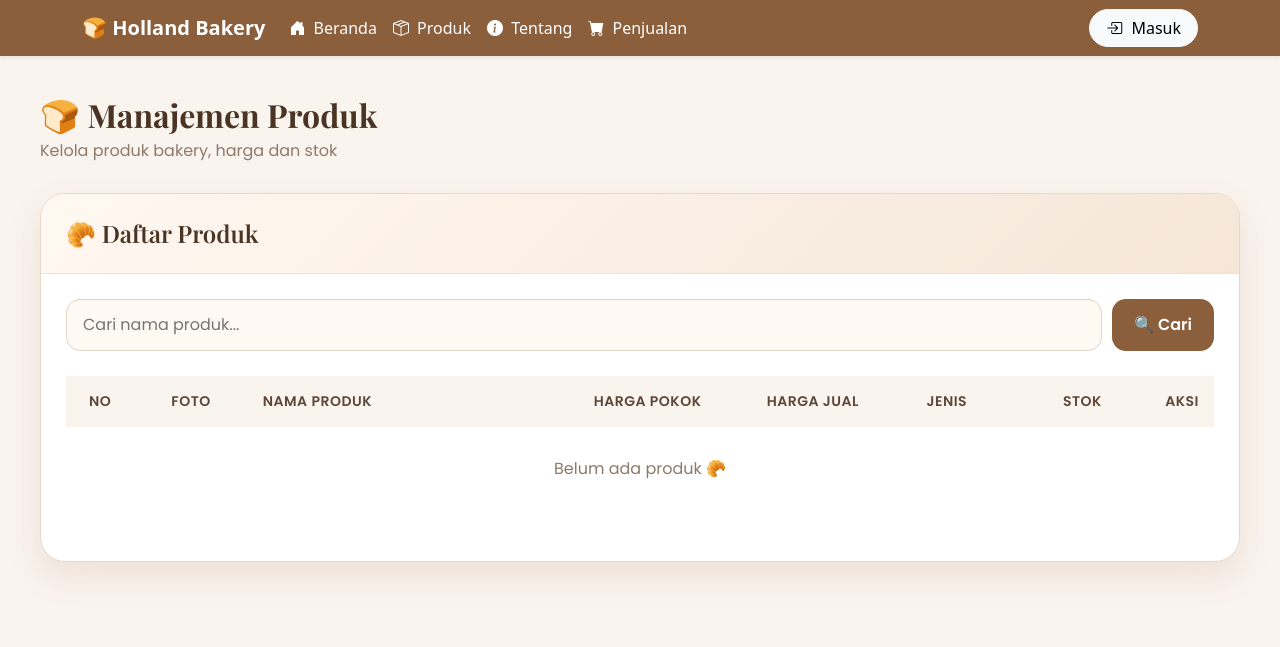
Repository: dheakhoerunnisaagustine/apk_pos4
Page: resources/views/produk/index.blade.php
These files come from the project's save history. The page is drawn as it stood at one moment and after the next save; the edit follows.
The browser window is 1280 px wide. The pictures show the whole page.
Some web fonts or font styles are not loaded; a fallback is used. The page is served by the project's Laravel application, run on PHP 8.4 with Laravel 12. Other server files are loaded and not shown. Style sheets and scripts are compiled from the project's sources, by tool versions that may differ from the author's. The template is opened directly, without the code that normally fills it, so the values that code supplies are empty.

Above is the page before, as saved 2026-09-11 13:02:07.

### routes/web.php
<?php

use Illuminate\Support\Facades\Route;
use App\Http\Controllers\AuthController;
use App\Http\Controllers\DashboardController;
use App\Http\Controllers\ItemPenjualanController;
use App\Http\Controllers\PenjualanController;
use App\Http\Controllers\ProdukController;
use App\Http\Controllers\UserController;
use App\Http\Controllers\JenisController; // <-- Tambahan 1: Panggil Controller Jenis

// Route Halaman Utama
Route::get('/', function () {
    return auth()->check()
        ? redirect()->route('dashboard')
        : redirect()->route('login');
});

// Route Tampilan Login (Hanya untuk Guest)
Route::middleware('guest')->group(function () {
    Route::get('/login', [AuthController::class, 'index'])->name('login');
});

// Route Eksekusi Login (Ditaruh di luar guest agar tidak kena redirect loop/expired saat ganti akun)
Route::post('/auth', [AuthController::class, 'auth'])->name('auth');

// Route yang hanya bisa diakses setelah login
Route::middleware('auth')->group(function () {
    Route::get('/dashboard', [DashboardController::class, 'index'])->name('dashboard');

    // Rute Tentang yang baru ditambahkan
    Route::get('/tentang', function () {
        return view('tentang');
    })->name('tentang');

    Route::post('/logout', [AuthController::class, 'logout'])->name('logout');

    // Khusus Admin
    Route::middleware('role:admin')->prefix('admin')->name('admin.')->group(function () {
        Route::get('/users', [UserController::class, 'index'])->name('users');
        Route::get('/users/create', [UserController::class, 'create'])->name('users.create');
        Route::post('/users/store', [UserController::class, 'store'])->name('users.store');
        Route::get('/users/edit/{user}', [UserController::class, 'edit'])->name('users.edit');
        Route::put('/users/update/{user}', [UserController::class, 'update'])->name('users.update');
        Route::delete('/users/destroy/{user}', [UserController::class, 'destroy'])->name('users.destroy');
    });

    // Admin & Kasir
    Route::middleware('role:admin,kasir')->group(function () {
        Route::resource('/produk', ProdukController::class);
        Route::resource('/penjualan', PenjualanController::class);
        Route::resource('/itempenjualan', ItemPenjualanController::class);
        Route::resource('/jenis', JenisController::class); // <-- Tambahan 2: Daftarkan resource jenis di sini
    });
});

### resources/views/produk/index.blade.php
@extends('layouts.app')

@section('title', 'Produk - Bakery Theme')

@section('content')

@include('layouts.navbar')

<link href="https://fonts.googleapis.com/css2?family=Playfair+Display:wght@600;700&family=Poppins:wght@400;500;600&display=swap" rel="stylesheet">

<div style="background:#FAF4EE; min-height:85vh; padding:40px 20px; font-family:'Poppins',sans-serif;">

    <div style="max-width:1200px; margin:auto;">

        <!-- HEADER -->
        <div style="display:flex; justify-content:space-between; align-items:center; margin-bottom:30px;">
            <div>
                <h2 style="font-family:'Playfair Display',serif; color:#4A3525; font-weight:700; margin:0;">
                    🍞 Manajemen Produk
                </h2>
                <p style="color:#8C7A6B; margin-top:5px; margin-bottom:0;">
                    Kelola produk bakery, harga dan stok
                </p>
            </div>

            @can('create', App\Models\Produk::class)
            <a href="{{ route('produk.create') }}"
               style="background:#D97736; color:white; padding:12px 25px; border-radius:14px; text-decoration:none; font-weight:600; box-shadow:0 8px 18px rgba(217,119,54,.25);">
                ➕ Tambah Produk
            </a>
            @endcan
        </div>

        <!-- CARD -->
        <div style="background:white; border-radius:25px; border:1px solid #E8D8C8; box-shadow:0 15px 35px rgba(139,94,60,.12); overflow:hidden;">

            <div style="padding:25px; background:linear-gradient(135deg,#FFF8F1,#F5E6D8); border-bottom:1px solid #F0E2D3;">
                <h4 style="margin:0; font-family:'Playfair Display',serif; color:#4A3525;">
                    🥐 Daftar Produk
                </h4>
            </div>

            <!-- SEARCH & NOTIFIKASI -->
            <div style="padding:25px;">

                {{-- NOTIFIKASI SUKSES --}}
                @if(session('success'))
                    <div style="
                        background: #D1E7DD;
                        color: #0F5132;
                        padding: 15px;
                        border-radius: 14px;
                        margin-bottom: 20px;
                        border: 1px solid #BADBCC;
                        font-weight: 500;
                    ">
                        ✅ {{ session('success') }}
                    </div>
                @endif

                <form action="{{route('produk.index')}}" method="GET">
                    <div style="display:flex; gap:10px;">
                        <input type="text" name="search" value="{{request('search')}}" placeholder="Cari nama produk..."
                               style="flex:1; padding:13px 16px; border-radius:14px; border:1px solid #E3D3C3; background:#FFF9F4; outline:none;">

                        <button style="background:#8B5E3C; color:white; border:none; padding:13px 22px; border-radius:14px; font-weight:600; cursor:pointer;">
                            🔍 Cari
                        </button>
                    </div>
                </form>
            </div>

            <!-- TABLE -->
            <div style="overflow-x:auto; padding:0 25px 25px;">
                <table width="100%" style="border-collapse:collapse;">
                    <thead>
                        <tr style="background:#FAF4EE; color:#5C4838; font-size:14px; text-transform:uppercase; letter-spacing:0.5px;">
                            <th style="padding:15px; text-align:center; width:6%;">No</th>
                            <th style="padding:15px; text-align:center; width:10%;">Foto</th>
                            <th style="padding:15px; text-align:left; width:28%;">Nama Produk</th>
                            <th style="padding:15px 19px; text-align:right; width:14%;">Harga Pokok</th>
                            <th style="padding:15px 20px; text-align:right; width:14%;">Harga Jual</th>
                            <th style="padding:15px; text-align:center; width:12%;">Jenis</th>
                            <th style="padding:15px; text-align:center; width:12%;">Stok</th>
                            <th style="padding:15px; text-align:center; width:16%;">Aksi</th>
                        </tr>
                    </thead>

                    <tbody>
                    @forelse($products as $product)
                        <tr style="border-bottom:1px solid #F0E2D3;">

                            <!-- No -->
                            <td style="text-align:center; padding:15px; color:#8C7A6B; font-weight:500;">
                                {{ $products->firstItem() + $loop->index }}
                            </td>

                            <!-- Foto -->
                            <td style="text-align:center; padding:15px;">
                                @if($product->foto)
                                    <img src="{{asset('storage/'.$product->foto)}}"
                                         style="width:52px; height:52px; object-fit:cover; border-radius:14px; box-shadow: 0 2px 6px rgba(0,0,0,0.08);">
                                @else
                                    <div style="width:52px; height:52px; background:#F5E6D8; border-radius:14px; display:inline-flex; align-items:center; justify-content:center; font-size:24px;">
                                        🥐
                                    </div>
                                @endif
                            </td>

                            <!-- Nama Produk & Pembuat/Supplier -->
                            <td style="padding:15px; text-align:left;">
                                <div style="font-weight:600; color:#4A3525; font-size:15px;">
                                    {{ $product->nama }}
                                </div>
                                <small style="color:#8C7A6B; font-size:13px;">
                                    {{ $product->jenisProduk->nama ?? '' }}
                                </small>
                            </td>

                            <!-- Harga Pokok (Rata Kanan) -->
                            <td style="padding:15px 20px; text-align:right; color:#6C5C50; font-weight:500;">
                                Rp {{ number_format($product->harga_beli, 0, ',', '.') }}
                            </td>

                            <!-- Harga Jual (Rata Kanan & Bold) -->
                            <td style="padding:15px 20px; text-align:right; color:#8B5E3C; font-weight:700;">
                                Rp {{ number_format($product->harga_jual, 0, ',', '.') }}
                            </td>

                            <!-- JENIS -->
                            <td style="text-align:center; padding:15px;">
                                <span style="background:#D1E7DD; color:#0F5132; padding:6px 14px; border-radius:20px; font-weight:600; font-size:13px; display:inline-block;">
                                    {{ $product->jenisProduk->nama_jenis ?? '' }}
                                </span>
                            </td>

                            <!-- STOK -->
                            <td style="text-align:center; padding:15px;">
                                @if($product->stok <= 0)
                                    <span style="background:#FADBD8; color:#78281F; padding:6px 14px; border-radius:20px; font-weight:600; font-size:13px; display:inline-block;">
                                        0 pcs
                                    </span>
                                @elseif($product->stok <= 5)
                                    <span style="background:#FCF3CF; color:#7D6608; padding:6px 14px; border-radius:20px; font-weight:600; font-size:13px; display:inline-block;">
                                        {{ $product->stok }} pcs
                                    </span>
                                @else
                                    <span style="background:#D4EFDF; color:#145A32; padding:6px 14px; border-radius:20px; font-weight:600; font-size:13px; display:inline-block;">
                                        {{ $product->stok }} pcs
                                    </span>
                                @endif
                            </td>

                            <!-- Aksi -->
                            <td style="text-align:center; padding:15px;">
                                <div style="display:inline-flex; gap:6px; align-items:center;">
                                    @can('view', $product)
                                    <a href="{{route('produk.show', $product->id)}}" title="Detail"
                                       style="background:#DDEBE7; color:#35685A; padding:8px 12px; border-radius:10px; text-decoration:none; font-weight:600; font-size:13px; display:inline-flex; align-items:center;">
                                        👁
                                    </a>
                                    @endcan

                                    @can('update', $product)
                                    <a href="{{route('produk.edit', $product)}}" title="Edit"
                                       style="background:#F5D7B8; color:#6B4328; padding:8px 12px; border-radius:10px; text-decoration:none; font-weight:600; font-size:13px; display:inline-flex; align-items:center;">
                                        ✏️
                                    </a>
                                    @endcan

                                    @can('delete', $product)
                                    <form action="{{route('produk.destroy', $product)}}" method="POST" style="display:inline; margin:0;">
                                        @csrf
                                        @method('DELETE')
                                        <button onclick="return confirm('Yakin hapus produk ini?')" title="Hapus"
                                                style="background:#E8B4A8; color:#7A2E22; border:none; padding:8px 12px; border-radius:10px; cursor:pointer; font-weight:600; font-size:13px; display:inline-flex; align-items:center;">
                                            🗑
                                        </button>
                                    </form>
                                    @endcan
                                </div>
                            </td>

                        </tr>
                    @empty
                        <tr>
                            <td colspan="8" style="padding:30px; text-align:center; color:#8C7A6B;">
                                Belum ada produk 🥐
                            </td>
                        </tr>
                    @endforelse
                    </tbody>
                </table>
            </div>

            <!-- PAGINATION -->
            <div style="padding:0 25px 25px;">
                {{ $products->links() }}
            </div>

        </div>

    </div>

</div>

@endsection

### resources/views/layouts/navbar.blade.php
<nav class="navbar navbar-expand-lg shadow-sm" style="background:#8B5E3C;">
    <div class="container">

        <a class="navbar-brand text-white fw-bold" href="{{ route('dashboard') }}">
            🍞 Holland Bakery
        </a>

        <button class="navbar-toggler bg-light" type="button"
            data-bs-toggle="collapse"
            data-bs-target="#navbarSupportedContent">
            <span class="navbar-toggler-icon"></span>
        </button>

        <div class="collapse navbar-collapse" id="navbarSupportedContent">

            <ul class="navbar-nav me-auto mb-2 mb-lg-0">

                <li class="nav-item">
                    <a class="nav-link text-white {{ Request::is('dashboard') ? 'fw-bold border-bottom border-2' : '' }}"
                        href="{{ route('dashboard') }}">
                        <i class="bi bi-house-door-fill me-1"></i>
                        Beranda
                    </a>
                </li>

                @can('viewAny', App\Models\User::class)
                <li class="nav-item">
                    <a class="nav-link text-white {{ Request::is('admin/users') ? 'fw-bold border-bottom border-2' : '' }}"
                        href="{{ route('admin.users') }}">
                        <i class="bi bi-people-fill me-1"></i>
                        Pengguna
                    </a>
                </li>
                @endcan

                <li class="nav-item">
                    <a class="nav-link text-white {{ Request::is('produk*') ? 'fw-bold border-bottom border-2' : '' }}"
                        href="{{ route('produk.index') }}">
                        <i class="bi bi-box-seam me-1"></i>
                        Produk
                    </a>
                </li>

                <!-- >>> MENU TENTANG DITAMBAHKAN DI SINI <<< -->
                <li class="nav-item">
                    <a class="nav-link text-white {{ Request::is('tentang*') ? 'fw-bold border-bottom border-2' : '' }}"
                        href="{{ route('tentang') }}">
                        <i class="bi bi-info-circle-fill me-1"></i>
                        Tentang
                    </a>
                </li>

                <li class="nav-item">
                    <a class="nav-link text-white {{ Request::is('penjualan*') ? 'fw-bold border-bottom border-2' : '' }}"
                        href="{{ route('penjualan.index') }}">
                        <i class="bi bi-cart-fill me-1"></i>
                        Penjualan
                    </a>
                </li>

            </ul>

            <div class="d-flex align-items-center">

                @auth
                    <div class="text-white text-end me-3">
                        <small>Login sebagai</small><br>
                        <strong>{{ Auth::user()->name }}</strong>
                    </div>

                    <form action="{{ route('logout') }}" method="POST">
                        @csrf
                        <button class="btn btn-light rounded-pill px-3">
                            <i class="bi bi-box-arrow-right"></i>
                            Logout
                        </button>
                    </form>
                @else
                    <a href="{{ route('login') }}" class="btn btn-light rounded-pill px-3">
                        <i class="bi bi-box-arrow-in-right"></i>
                        Masuk
                    </a>
                @endauth

            </div>

        </div>

    </div>
</nav>

### app/Policies/DashboardPolicy.php
<?php

namespace App\Policies;

use App\Models\User;

class DashboardPolicy
{
    /**
     * Create a new policy instance.
     */
    public function viewAny(User $user)
{
    return $user->role && $user->role->name === 'admin';
}
}

### app/Policies/ProdukPolicy.php
<?php

namespace App\Policies;

use App\Models\Produk;
use App\Models\User;
use Illuminate\Auth\Access\Response;

class ProdukPolicy
{
    /**
     * Determine whether the user can view any models.
     */
    public function viewAny(User $user): bool
    {
        return in_array($user->role->name, ['admin', 'kasir'], true);
    }

    /**
     * Determine whether the user can view the model.
     */
    public function view(User $user, Produk $produk): bool
    {
        return in_array($user->role->name, ['admin', 'kasir'], true);
    }

    /**
     * Determine whether the user can create models.
     */
    public function create(User $user): bool
    {
        return $user->role->name === 'admin';
    }

    /**
     * Determine whether the user can update the model.
     */
    public function update(User $user, Produk $produk): bool
    {
        return $user->role->name === 'admin';
    }

    /**
     * Determine whether the user can delete the model.
     */
    public function delete(User $user, Produk $produk): bool
    {
        return $user->role->name === 'admin';
    }

    /**
     * Determine whether the user can restore the model.
     */
    public function restore(User $user, Produk $produk): bool
    {
        return false;
    }

    /**
     * Determine whether the user can permanently delete the model.
     */
    public function forceDelete(User $user, Produk $produk): bool
    {
        return false;
    }
}

### resources/views/layouts/app.blade.php
<!DOCTYPE html>
<html lang="id">
<head>
    <meta charset="UTF-8">
    <meta name="viewport" content="width=device-width, initial-scale=1">

    <title>@yield('title') | Bakery POS</title>

    @vite(['resources/css/app.css', 'resources/js/app.js'])
</head>

<body class="bg-light">

    @yield('content')

</body>
</html>

### resources/css/app.css
@import "bootstrap/dist/css/bootstrap.min.css";
@import "bootstrap-icons/font/bootstrap-icons.css";
@import './dashboard.css';

@source '../../vendor/laravel/framework/src/Illuminate/Pagination/resources/views/*.blade.php';
@source '../../storage/framework/views/*.php';
@source '../**/*.blade.php';
@source '../**/*.js';

@theme {
    --font-sans: 'Instrument Sans', ui-sans-serif, system-ui, sans-serif, 'Apple Color Emoji', 'Segoe UI Emoji',
        'Segoe UI Symbol', 'Noto Color Emoji';
}

### resources/css/dashboard.css
body{
    background:#f8f5f2;
}


.page-title{
    font-weight:bold;
    color:#6f4e37;
}


.stat-card{
    border:none;
    border-radius:15px;
    box-shadow:0 5px 15px rgba(0,0,0,.08);
    transition:.3s;
}


.stat-card:hover{
    transform:translateY(-5px);
}


.stat-icon{
    width:60px;
    height:60px;
    border-radius:50%;
    display:flex;
    justify-content:center;
    align-items:center;
    font-size:28px;
    color:white;
}


.bg-brown{
    background:#8B5E3C;
}


.bg-orange{
    background:#D4A373;
}


.bg-green{
    background:#28a745;
}


.bg-red{
    background:#dc3545;
}


.table-card{
    border:none;
    border-radius:15px;
    box-shadow:0 5px 15px rgba(0,0,0,.08);
}


.card-title-custom{
    color:#6f4e37;
    font-weight:bold;
}


.card{
    border:none;
    border-radius:18px;
    box-shadow:0 10px 25px rgba(0,0,0,.08);
    transition:.3s;
}


.card:hover{
    transform:translateY(-4px);
}



/* =====================
   BUTTON BAKERY USER
===================== */


.btn-bakery-edit {

    background:#D8A47F;
    color:white;
    border-radius:30px;
    padding:8px 18px;
    font-weight:600;
    border:none;
    transition:.3s;

}


.btn-bakery-edit:hover {

    background:#B9825A;
    color:white;
    transform:translateY(-2px);

}



.btn-bakery-delete {

    background:#E98B8B;
    color:white;
    border-radius:30px;
    padding:8px 18px;
    font-weight:600;
    border:none;
    transition:.3s;

}


.btn-bakery-delete:hover {

    background:#D85C5C;
    color:white;
    transform:translateY(-2px);

}



.btn i{
    margin-right:5px;
}

Loaded but not shown: resources/js/bootstrap.js (common file)

After the next save:
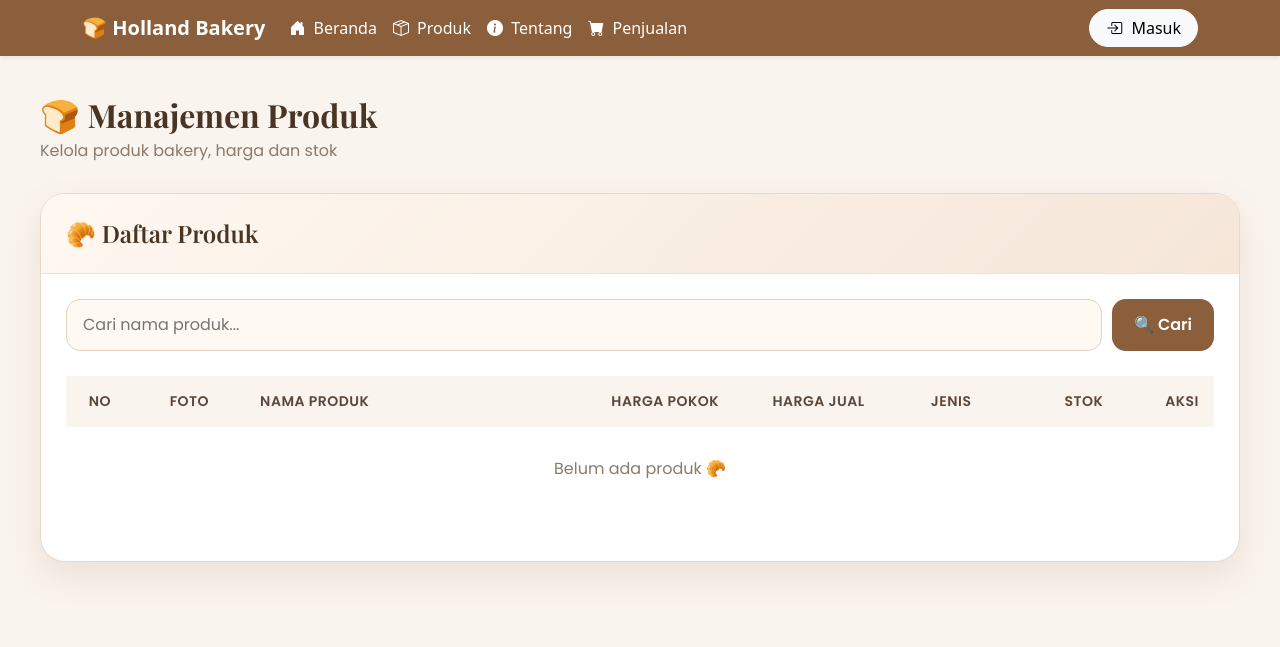
Saved 14 s later.
--- a/resources/views/produk/index.blade.php
+++ b/resources/views/produk/index.blade.php
@@ -78,7 +78,7 @@
                             <th style="padding:15px; text-align:center; width:6%;">No</th>
                             <th style="padding:15px; text-align:center; width:10%;">Foto</th>
                             <th style="padding:15px; text-align:left; width:28%;">Nama Produk</th>
-                            <th style="padding:15px 19px; text-align:right; width:14%;">Harga Pokok</th>
+                           <th style="padding:15px 10px; text-align:right; width:16%; white-space:nowrap;">Harga Pokok</th>
                             <th style="padding:15px 20px; text-align:right; width:14%;">Harga Jual</th>
                             <th style="padding:15px; text-align:center; width:12%;">Jenis</th>
                             <th style="padding:15px; text-align:center; width:12%;">Stok</th>
